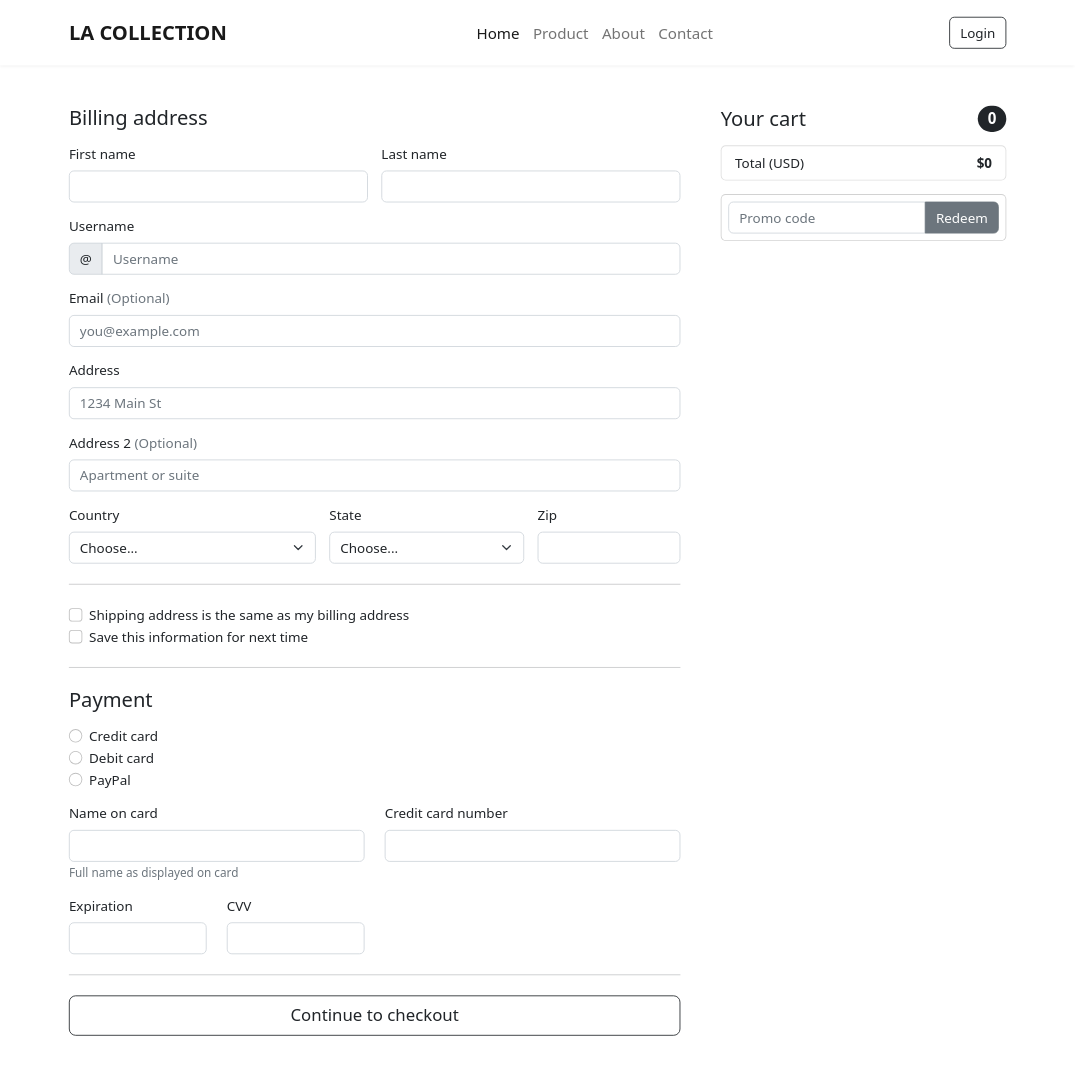
Repository: tiendungjr123/Ecommerce
Page: /checkout
These files come from the project's save history. The page is drawn as it stood at one moment and after the next save; the edit follows.
The browser window is 1280 px wide. The pictures show the whole page, at 84% of full size.
The project was rebuilt for these pictures with package versions that can differ from the ones it lists, and the page was loaded fresh each time. Also part of the build but not shown: src/components/Products.jsx, src/components/Home.jsx, src/redux/action/index.js, src/components/ProductDetail.jsx, src/components/About.jsx, src/components/Contact.jsx, src/components/Cart.jsx.

Above is the page before, as saved 2022-10-04 14:50:49.

After the next save:
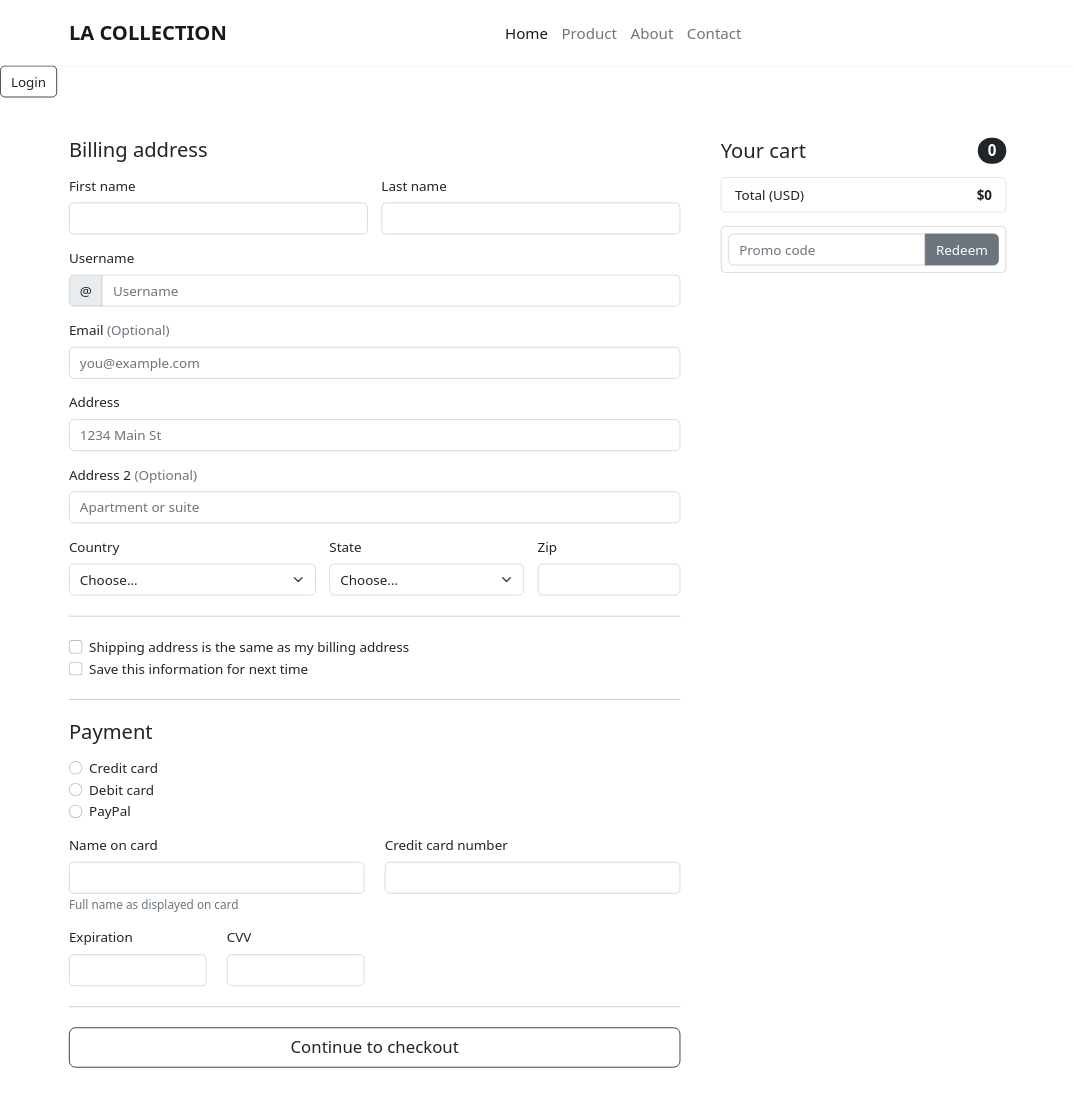
Saved 51 s later.
--- a/src/components/Navbar.jsx
+++ b/src/components/Navbar.jsx
@@ -37,11 +37,11 @@
                      <NavLink to="/cart" className='btn btn-outline-dark m-2'>
                         <i className='fa fa-shopping-cart me-1'></i>Cart({state.length})
                      </NavLink> */}
-                     <Login/>
                   </div>
                </div>
             </div>
          </nav>
+         <Login/>
       </div>
    );
 }

After the save that followed:
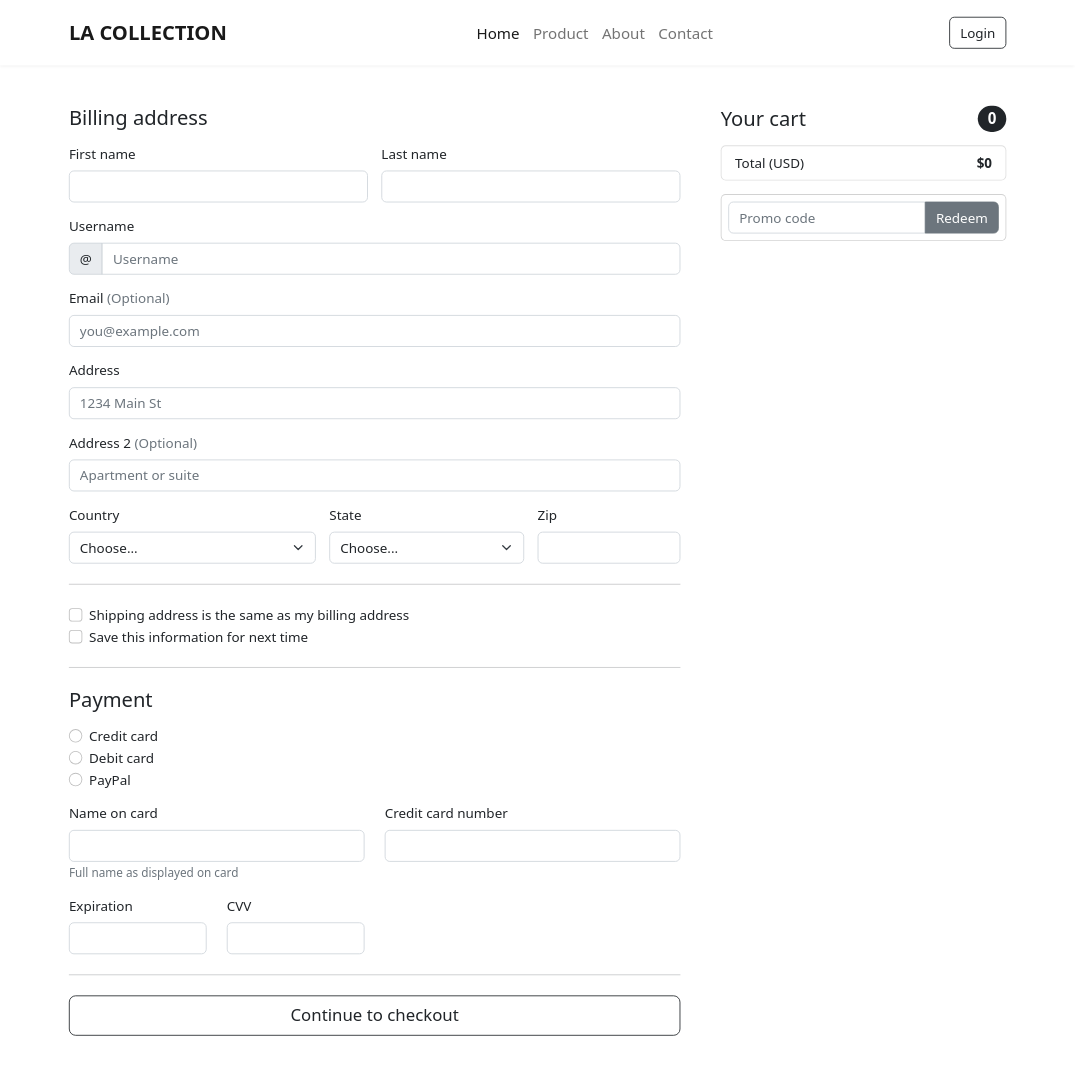
Saved 75 s later.
--- a/src/components/Navbar.jsx
+++ b/src/components/Navbar.jsx
@@ -37,11 +37,11 @@
                      <NavLink to="/cart" className='btn btn-outline-dark m-2'>
                         <i className='fa fa-shopping-cart me-1'></i>Cart({state.length})
                      </NavLink> */}
+                     <Login />
                   </div>
                </div>
             </div>
          </nav>
-         <Login/>
       </div>
    );
 }
